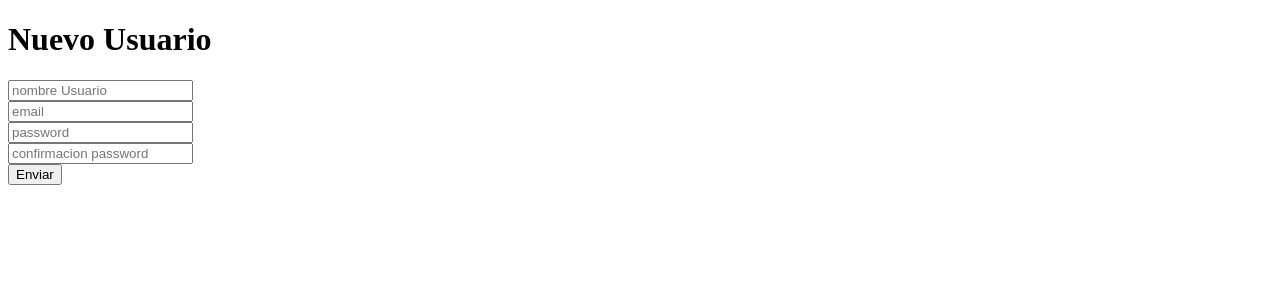
Repository: borjasegui/javaWeb
Page: http://localhost/HelloMVC/nuevousuario
These files come from the project's save history. The page is drawn as it stood at one moment and after the next save; the edit follows.
The browser window is 1280 px wide. The pictures show the whole page.
The page is served by Tomcat 9.

Above is the page before, as saved 2018-11-15 13:32:07.

After the next save:
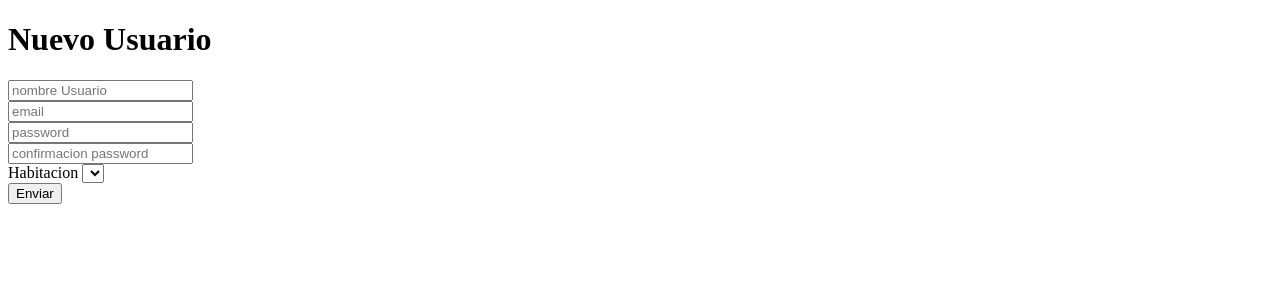
Saved 21 min 34 s later.
--- a/java-web/HelloMVC/WebContent/nuevousuario.jsp
+++ b/java-web/HelloMVC/WebContent/nuevousuario.jsp
@@ -1,5 +1,6 @@
 <%@ page language="java" contentType="text/html; charset=UTF-8"
 	pageEncoding="UTF-8"%>
+	<%@ taglib uri="http://java.sun.com/jsp/jstl/core" prefix="c"%>
 <!DOCTYPE html>
 <html>
 <head>
@@ -10,23 +11,34 @@
 	<h1>Nuevo Usuario</h1>
 
 	<form action="" method="POST">
-	<div class ="error">${mensajeerror}</div>
+		<div class="error">${mensajeerror}</div>
 
 		<div>
 			<input type="text" placeholder="nombre Usuario" name="nombre"
-				id="nombre" value="${newusuario.name}"required />
+				id="nombre" value="${newusuario.name}" required />
 		</div>
 		<div>
 			<input type="text" placeholder="email" name="email" id="email"
-				 value="${newusuario.email}"required/>
+				value="${newusuario.email}" required />
 		</div>
 		<div>
 			<input type="text" placeholder="password" name="password"
-				id="password" value=""required />
+				id="password" value="" required />
 		</div>
 		<div>
-			<input type="text" placeholder="confirmacion password" name="confirmacion"
-				id="confirmacionpassword"  required />
+			<input type="text" placeholder="confirmacion password"
+				name="confirmacion" id="confirmacionpassword" required />
+		</div>
+
+		<div>
+			<label for="habitacion">Habitacion</label> <select name="habitacion"
+				id="habitacion">
+				<c:forEach var="unaHab" items="${lashabitaciones}">
+				<option value="${unaHab.hid}">${unaHab.calle} </option>
+
+				 </c:forEach>
+
+			</select>
 		</div>
 
 
